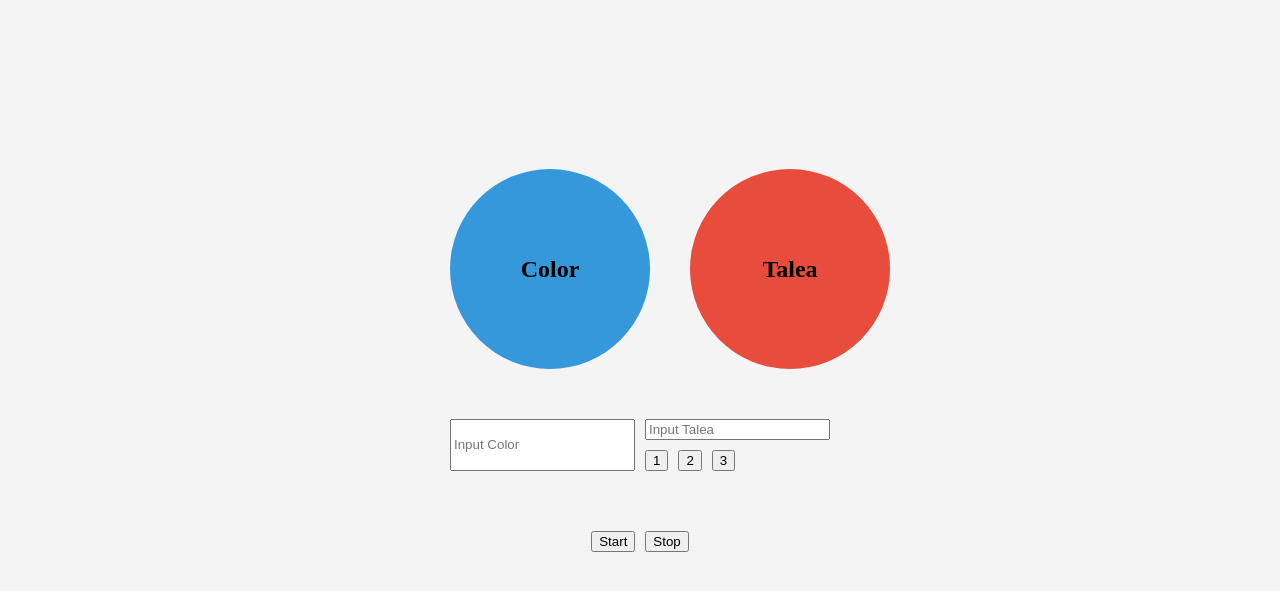
Repository: boshi-an/Isorhythm
Page: .vscode/Isorhythm/index.html
The author's editor kept a copy of each file at every save. The page is drawn from the files as they stood at one save, then again after the next save.
The browser window is 1280 px wide. The pictures show the whole page.

Above is the page before, as saved 2023-10-18 23:03:26.

After the next save:
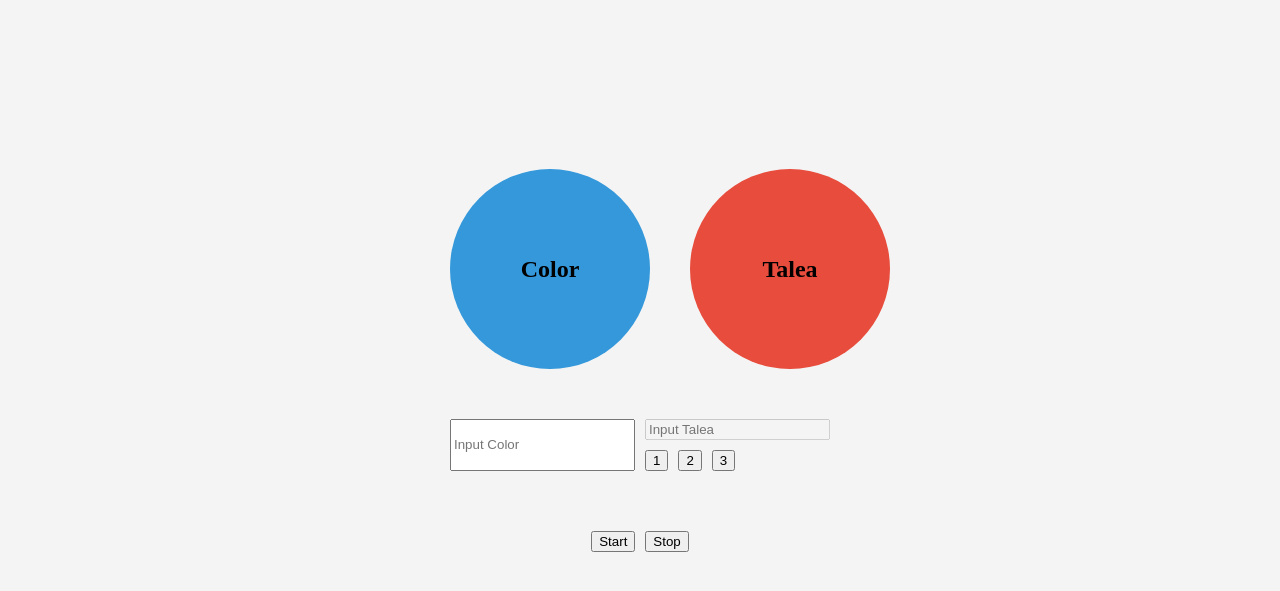
Saved 71 s later.
--- a/.vscode/Isorhythm/index.html
+++ b/.vscode/Isorhythm/index.html
@@ -21,12 +21,12 @@
         <input type="text" id="input1" placeholder="Input Color">
         <div class="taleaInputContainer">
             <div class="taleaInputBox">
-                <input type="text" id="input2" placeholder="Input Talea">
+                <input type="text" id="input2" placeholder="Input Talea" disabled>
             </div>
             <div class="taleaInputButton">
-                <button id="button1">1</button>
-                <button id="button2">2</button>
-                <button id="button3">3</button>
+                <button id="button1" onclick="addNumber(1);">1</button>
+                <button id="button2" onclick="addNumber(2);">2</button>
+                <button id="button3" onclick="addNumber(3);">3</button>
             </div>
         </div>
     </div>
